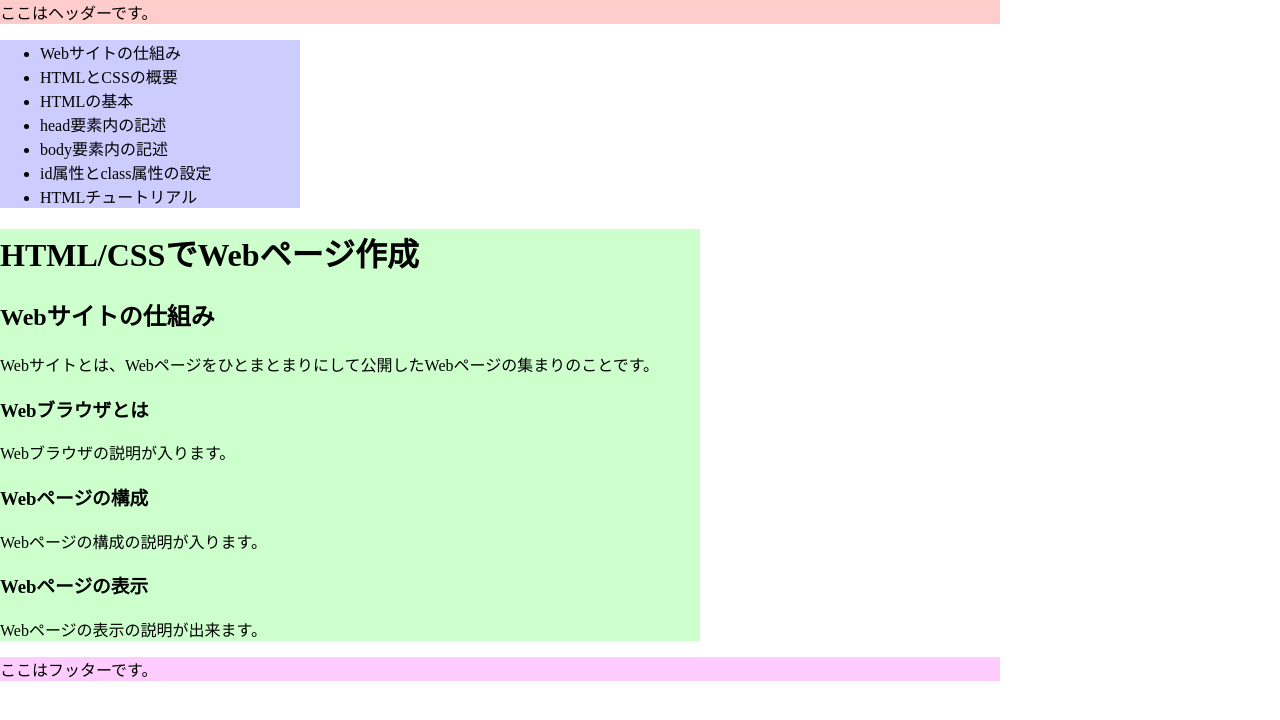
Repository: okugo/kadai-tasklist
Page: kadai-html.html
The author's editor kept a record of every edit. The page is drawn from the files as they stood at one moment, then again after the next edit.
The browser window is 1280 px wide. The pictures show the whole page.

Above is the page before.

### kadai-html.html
<!DOCTYPE html>
<html lang="ja">
    <head>
        <meta charset="utf-8">
        <title>HTML/CSSでWebページ作成</title>
        <link rel="stylesheet" href="./kadai-css.css">
    </head>
    <body>
        <header>
            ここはヘッダーです。
        </header>
        <div id="wrapper" class="clearfix">
            <nav id="menu">
                 <ul>
                    <li>Webサイトの仕組み</li>
                    <li>HTMLとCSSの概要</li>
                    <li>HTMLの基本</li>
                    <li>head要素内の記述</li>
                    <li>body要素内の記述</li>
                    <li>id属性とclass属性の設定</li>
                    <li>HTMLチュートリアル</li>
                </ul>
            </nav>
            <div id="main">
                <h1>HTML/CSSでWebページ作成</h1>
                <h2>Webサイトの仕組み</h2>
                <p>Webサイトとは、Webページをひとまとまりにして公開したWebページの集まりのことです。</p>
                <h3>Webブラウザとは</h3>
                <p>Webブラウザの説明が入ります。</p>
                <h3>Webページの構成</h3>
                <p>Webページの構成の説明が入ります。</p>
                <h3>Webページの表示</h3>
                <p>Webページの表示の説明が出来ます。</p>
            </div>
        </div>
        <footer>
            ここはフッターです。
        </footer>
    </body>
</html>

### kadai-css.css
@charset "UTF-8";
body{
    width:1000px;
    margin:0;
    padding:0;
    }
header{
    background-color:#ffcccc;
    }
#main{
    width:700px;
    background-color:#ccffcc;
    }
#menu{
    width:300px;
    background-color:#ccccff;
    }
footer{
    background-color:#ffccff;
    }

After the next edit:
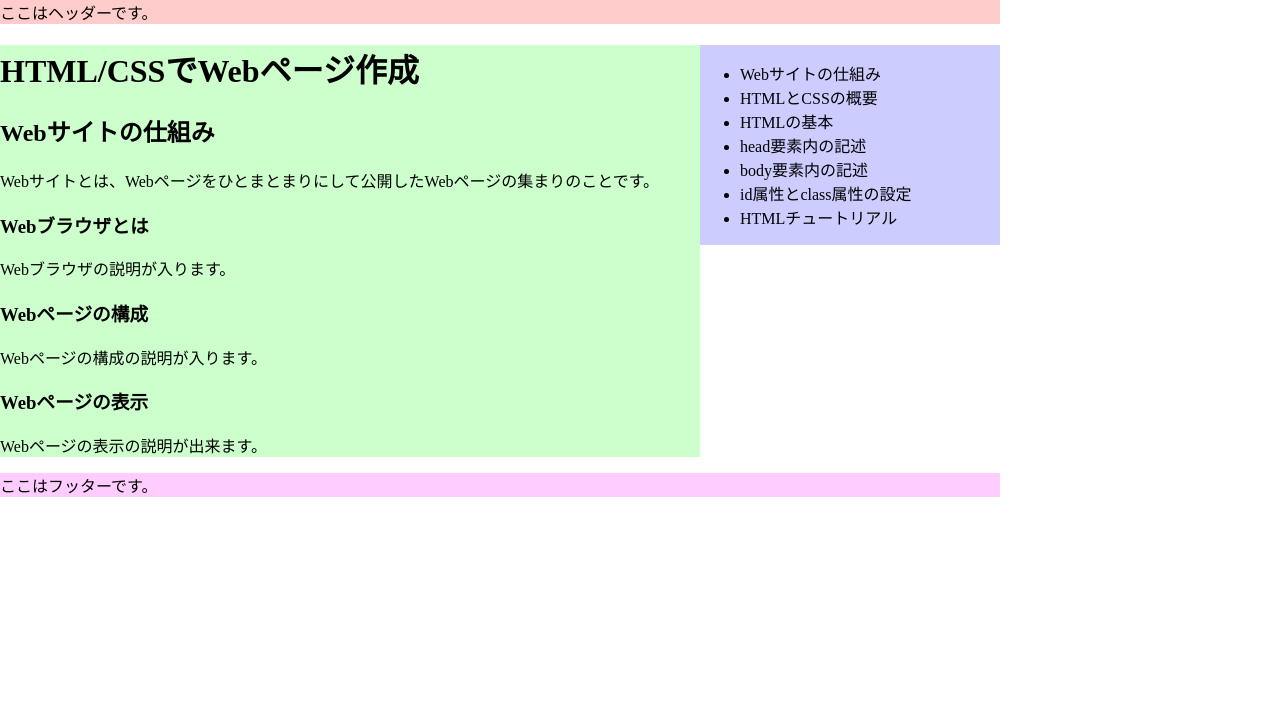
The edit:
--- a/kadai-css.css
+++ b/kadai-css.css
@@ -14,6 +14,7 @@
 #menu{
     width:300px;
     background-color:#ccccff;
+    float:right;
     }
 footer{
     background-color:#ffccff;
